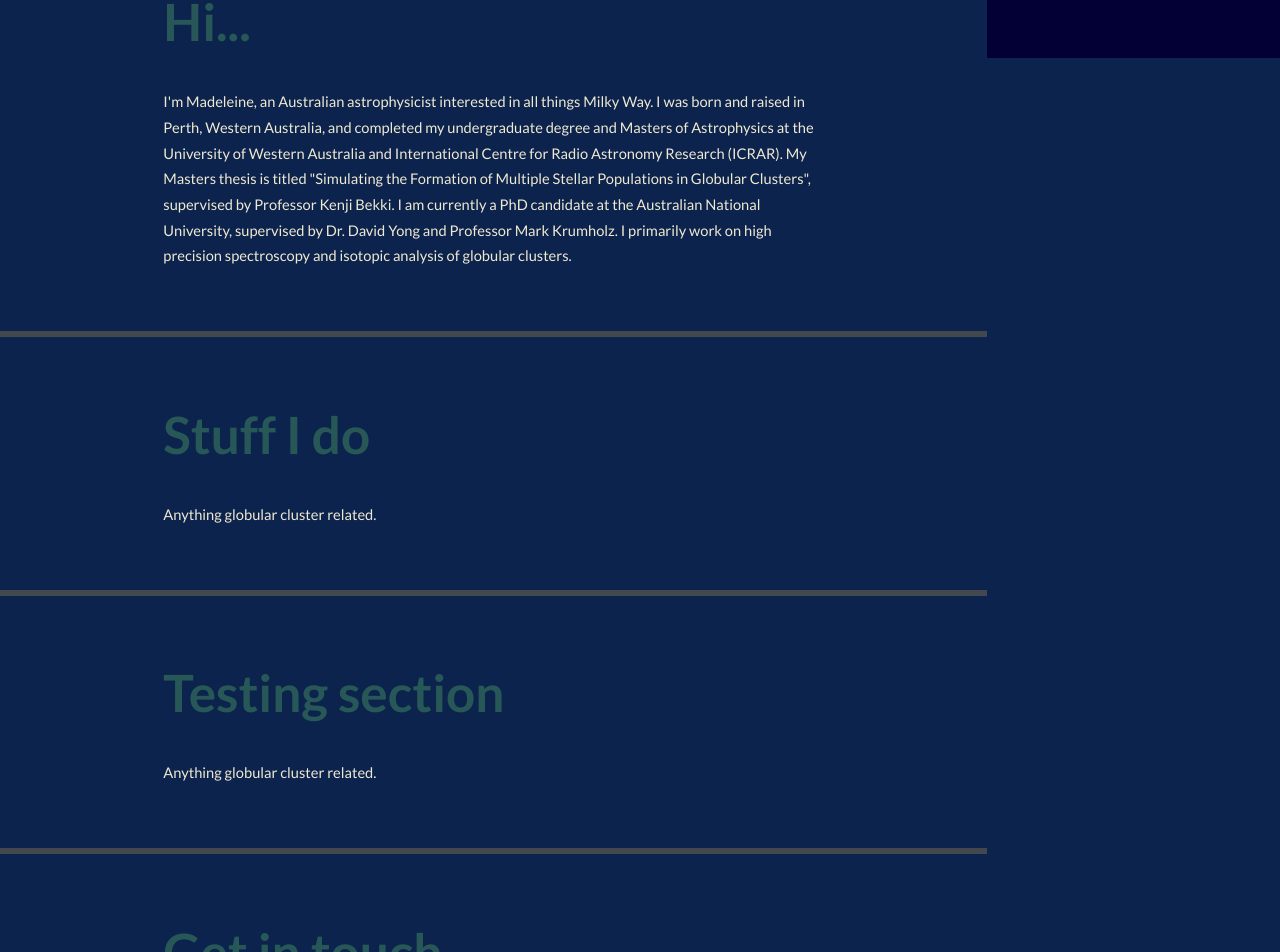
Repository: madeleine-mckenzie/madeleine-mckenzie.github.io
Page: index.html
An editor plug-in stored every save of this project. The page is shown before and after the next save, followed by the edit.
The browser window is 1280 px wide. The pictures show the part of the page from y = 662 to 1614 px (the page is 2081 px tall before and 2107 px after).
Backgrounds fixed to the window are drawn as part of the page.

Above is the page before, as saved 2023-11-11 19:24:46.

### index.html
<!DOCTYPE HTML>
<!--
    Read Only by HTML5 UP
    html5up.net | @ajlkn
    Free for personal and commercial use under the CCA 3.0 license (html5up.net/license)
-->
<html>
    <head>
        <title>M. McKenzie</title>
        <meta charset="utf-8" />
        <meta name="viewport" content="width=device-width, initial-scale=1, user-scalable=no" />
        <link rel="stylesheet" href="assets/css/main.css" />
        <style>
            /* Custom style */
            body {
                background: url('images/2023_ANU_3MT_20230727_ANU2022 3.jpg') no-repeat center center fixed;
                background-size: cover;
            }
        </style>
    </head>
    <body class="is-preload">

        <!-- Header -->
        <section id="header">
            <header>
                <!-- Avatar image next to name -->
                <span class="image avatar"><img src="images/IG_DP.jpeg" alt="Madeleine L. McKenzie" /></span>
                <h1>Madeleine L. McKenzie</h1>
                <p>PhD candidate at the Australian National University madeleine.mckenzie@anu.edu.au</p>
            </header>
            <nav id="nav">
                <ul>
                    <li><a href="#one" class="active">About</a></li>
                    <li><a href="#two">My Work</a></li>
                    <li><a href="#two">testing</a></li>
                    <li><a href="#three">Contact</a></li>
                </ul>
            </nav>
        </section>

        <!-- Wrapper -->
        <div id="wrapper">

            <!-- Main -->
            <div id="main">

                <!-- One -->
                <section id="one">
                    <div class="image main" data-position="center">
                        <!-- Top banner image -->
                        <img src="images/2023_ANU_3MT_20230727_ANU2022.jpg" alt="" />
                    </div>
                    <div class="container">
                        <header class="major">
                            <h2>Hi...</h2>
                        </header>
                        <p>I'm Madeleine, an Australian astrophysicist interested in all things Milky Way. I was born and raised in Perth, Western Australia,
                            and completed my undergraduate degree and Masters of Astrophysics at the University of Western Australia and International Centre
                            for Radio Astronomy Research (ICRAR). My Masters thesis is titled "Simulating the Formation of Multiple Stellar Populations in Globular Clusters", supervised
                            by Professor Kenji Bekki. I am currently a PhD candidate at the Australian National University, supervised by Dr. David Yong and Professor Mark Krumholz.
                            I primarily work on high precision spectroscopy and isotopic analysis of globular clusters.
                        </p>
                    </div>
                </section>

                <!-- Two -->
                <section id="two">
                    <div class="container">
                        <header class="major">
                            <h2>Stuff I do</h2>
                        </header>
                        <p>Anything globular cluster related.</p>
                        <!-- Icons grid here -->
                    </div>
                </section>

                <!-- three -->
                <section id="three">
                    <div class="container">
                        <header class="major">
                            <h2>Testing section</h2>
                        </header>
                        <p>Anything globular cluster related.</p>
                        <!-- Icons grid here -->
                    </div>
                </section>

                <!-- Three -->
                <section id="three">
                    <div class="container">
                        <header class="major">
                            <h2>Get in touch</h2>
                        </header>
                        <p>University email: <a href="mailto:madeleine.mckenzie@anu.edu.au">madeleine.mckenzie@anu.edu.au</a></p>
                        <p>Gmail: <a href="mailto:madeleine.l.mckenzie@gmail.com">madeleine.l.mckenzie@gmail.com</a></p>
                        <p>Twitter: <a href="https://twitter.com/MadellanicCloud" target="_blank">@MadellanicCloud</a></p>
                    </div>
                </section>

            </div>

            <!-- Footer -->
            <section id="footer">
                <div class="container">
                    <ul class="icons">
                        <!-- Social media icons here -->
                        <li><a href="#" class="icon brands fa-twitter"><span class="label">Twitter</span></a></li>
                        <li><a href="#" class="icon brands fa-facebook-f"><span class="label">Facebook</span></a></li>
                        <li><a href="#" class="icon brands fa-instagram"><span class="label">Instagram</span></a></li>
                        <li><a href="#" class="icon brands fa-github"><span class="label">Github</span></a></li>
                        <li><a href="#" class="icon solid fa-envelope"><span class="label">Email</span></a></li>
                    </ul>
                    <ul class="copyright">
                        <li>&copy; M. McKenzie</li>
                        <li>Design: <a href="http://html5up.net">HTML5 UP</a></li>
                    </ul>
                </div>
            </section>

        </div>

        <!-- Scripts -->
        <script src="assets/js/jquery.min.js"></script>
        <script src="assets/js/jquery.scrollex.min.js"></script>
        <script src="assets/js/jquery.scrolly.min.js"></script>
        <script src="assets/js/browser.min.js"></script>
        <script src="assets/js/breakpoints.min.js"></script>
        <script src="assets/js/util.js"></script>
        <script src="assets/js/main.js"></script>

    </body>
</html>

Loaded but not shown: assets/js/jquery.min.js (library); assets/js/jquery.scrollex.min.js (common file); assets/js/jquery.scrolly.min.js (common file); assets/js/browser.min.js (common file); assets/js/breakpoints.min.js (common file); assets/css/fontawesome-all.min.css (library); assets/js/util.js (587 lines, source omitted); assets/js/main.js (159 lines, source omitted); assets/css/main.css (3340 lines, source omitted)

After the next save:
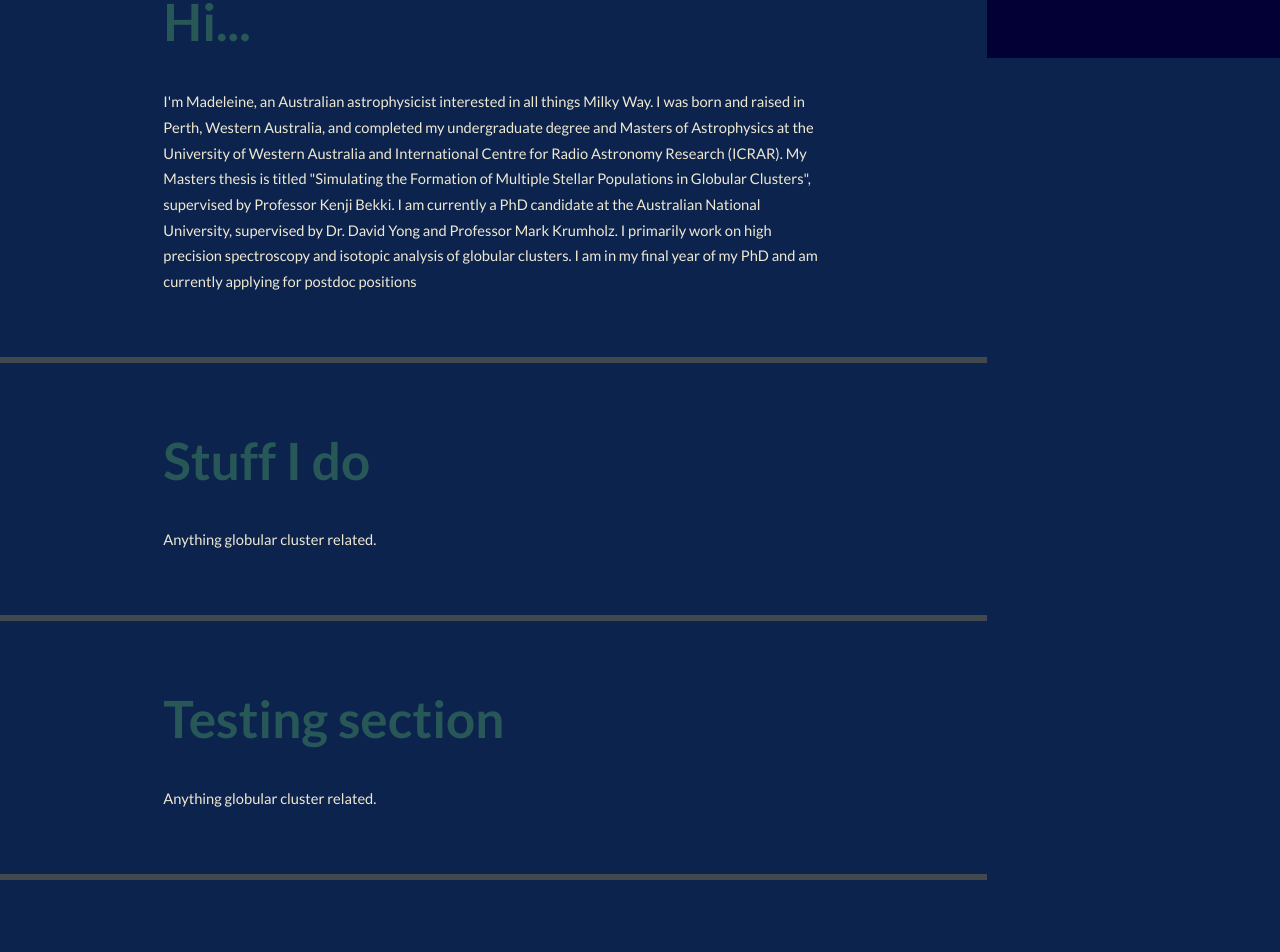
Saved 43 s later.
--- a/index.html
+++ b/index.html
@@ -58,7 +58,7 @@
                             and completed my undergraduate degree and Masters of Astrophysics at the University of Western Australia and International Centre
                             for Radio Astronomy Research (ICRAR). My Masters thesis is titled "Simulating the Formation of Multiple Stellar Populations in Globular Clusters", supervised
                             by Professor Kenji Bekki. I am currently a PhD candidate at the Australian National University, supervised by Dr. David Yong and Professor Mark Krumholz.
-                            I primarily work on high precision spectroscopy and isotopic analysis of globular clusters.
+                            I primarily work on high precision spectroscopy and isotopic analysis of globular clusters. I am in my final year of my PhD and am currently applying for postdoc positions
                         </p>
                     </div>
                 </section>
